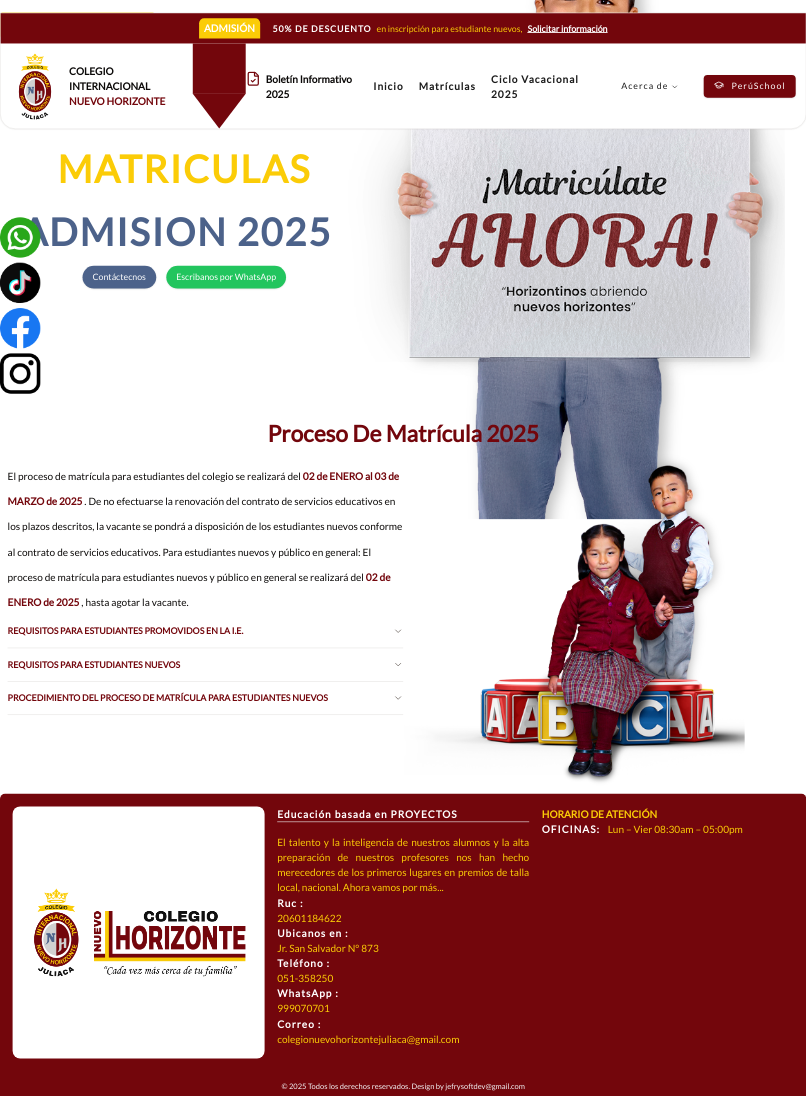
Repository: jefrydep/new_horizont_school
Page: /newstudent
These files come from the project's save history. The page is drawn as it stood at one moment and after the next save; the edit follows.
The browser window is 1280 px wide. The pictures show the whole page, at 63% of full size.
The project was rebuilt for these pictures with package versions that can differ from the ones it lists, and the page was loaded fresh each time. The framework's server and built-in components were replaced by stand-ins that run in the browser. Also part of the build but not shown: next.config.ts.

Above is the page before, as saved 2024-11-28 11:26:52.

### src/app/layout.tsx
import type { Metadata } from "next";
import "./globals.css";
import Navbar from "@/components/Navbar";
import Footer from "@/components/Footer";


import { Lato } from 'next/font/google'

const lato = Lato({
  weight: '400',
  subsets: ['latin'],
  display: 'swap',
})

export const metadata: Metadata = {
  title: "COLEGIO INTERNACIONAL NUEVO HORIZONTE - JULIACA",
  description: "el mejor colegio de JULIACA,Colegio internacional nuevo horizonte",
};

export default function RootLayout({
  children,
}: Readonly<{
  children: React.ReactNode;
}>) {
  return (
    <html lang="es">

      <body
        className={` ${lato.className} antialiased `}
      >

        <div className="">
          <Navbar />
        </div>
        <main className="   ">

          {children}
          <div className="flex flex-col fixed  bottom-2     z-50   sm:top-1/2  gap-2">
            <a href="https://wa.me/+51999070701?text=Me%20gustar%C3%ADa%20recibir%20m%C3%A1s%20informaci%C3%B3n%20sobre%20el%20proceso%20de%20matr%C3%ADcula,%20requisitos%20y%20fechas%20importantes.%20Agradecer%C3%ADa%20su%20orientaci%C3%B3n%20para%20poder%20completar%20mi%20inscripci%C3%B3n%20de%20manera%20adecuada.%0A%0AQuedo%20atento%20a%20su%20respuesta.%0A%0ASaludos%20cordiales,%0A" target="_blank">
              {/* Solicitar información */}
              <img src="/whatsapp.png" alt="" className=" animate-bounce h-11  sm:h-16" />
            </a>

            <a href="https://www.tiktok.com/@colegionuevohorizonte" target="_blank">
              {/* Solicitar información */}
              <img src="/tik-tok.png" alt="" className=" animate-bounce h-11  sm:h-16 " />
            </a>
            <a href="https://www.facebook.com/internuevohorizonte  " target="_blank">
              {/* Solicitar información */}
              <img src="/facebook.png" alt="" className=" animate-bounce h-11  sm:h-16 " />
            </a>
            <a href="https://www.instagram.com/colegionuevohorizonte" target="_blank">
              {/* Solicitar información */}
              <img src="/instagram.png" alt="" className=" animate-bounce h-11  sm:h-16" />
            </a>
          </div>
        </main>
        <Footer />
      </body>
    </html>
  );
}

### src/app/newstudent/page.tsx
import Hero from "@/components/Hero";
import RegisterCard from "@/components/RegisterCard";



export default function NewStudentPage() {
  return (
    <div>
        <Hero colorWave="#fff" title="MATRICULAS" subtitle="ADMISION 2025" img="/matricula.png"/>
        <RegisterCard title="Proceso De Matrícula 2025"/>
    </div>
  )
}

### src/app/globals.css
@tailwind base;
@tailwind components;
@tailwind utilities;

body {
  font-family: Arial, Helvetica, sans-serif;
}

@layer base {
  :root {
    --background: 0 0% 100%;
    --foreground: 20 14.3% 4.1%;
    --card: 0 0% 100%;
    --card-foreground: 20 14.3% 4.1%;
    --popover: 0 0% 100%;
    --popover-foreground: 20 14.3% 4.1%;
    --primary: 24 9.8% 10%;
    --primary-foreground: 60 9.1% 97.8%;
    --secondary: 60 4.8% 95.9%;
    --secondary-foreground: 24 9.8% 10%;
    --muted: 60 4.8% 95.9%;
    --muted-foreground: 25 5.3% 44.7%;
    --accent: 60 4.8% 95.9%;
    --accent-foreground: 24 9.8% 10%;
    --destructive: 0 84.2% 60.2%;
    --destructive-foreground: 60 9.1% 97.8%;
    --border: 20 5.9% 90%;
    --input: 20 5.9% 90%;
    --ring: 20 14.3% 4.1%;
    --chart-1: 12 76% 61%;
    --chart-2: 173 58% 39%;
    --chart-3: 197 37% 24%;
    --chart-4: 43 74% 66%;
    --chart-5: 27 87% 67%;
    --radius: 0.5rem;
  }
  .dark {
    --background: 20 14.3% 4.1%;
    --foreground: 60 9.1% 97.8%;
    --card: 20 14.3% 4.1%;
    --card-foreground: 60 9.1% 97.8%;
    --popover: 20 14.3% 4.1%;
    --popover-foreground: 60 9.1% 97.8%;
    --primary: 60 9.1% 97.8%;
    --primary-foreground: 24 9.8% 10%;
    --secondary: 12 6.5% 15.1%;
    --secondary-foreground: 60 9.1% 97.8%;
    --muted: 12 6.5% 15.1%;
    --muted-foreground: 24 5.4% 63.9%;
    --accent: 12 6.5% 15.1%;
    --accent-foreground: 60 9.1% 97.8%;
    --destructive: 0 62.8% 30.6%;
    --destructive-foreground: 60 9.1% 97.8%;
    --border: 12 6.5% 15.1%;
    --input: 12 6.5% 15.1%;
    --ring: 24 5.7% 82.9%;
    --chart-1: 220 70% 50%;
    --chart-2: 160 60% 45%;
    --chart-3: 30 80% 55%;
    --chart-4: 280 65% 60%;
    --chart-5: 340 75% 55%;
  }
}

@layer base {
  * {
    @apply border-border;
  }
  body {
    @apply bg-background text-foreground;
  }
}
@keyframes slideDown {
  0% {
    transform: translateY(-20px);
    opacity: 0;
  }
  100% {
    transform: translateY(0);
    opacity: 1;
  }
}

.animate-slide-down {
  animation: slideDown 1s ease-out forwards;
}

/* Animación con retraso para un efecto de secuencia */
.animate-slide-down-delay-1 {
  animation: slideDown 1s ease-out forwards;
  animation-delay: 0.3s; /* Retraso para el primer texto */
}

.animate-slide-down-delay-2 {
  animation: slideDown 1s ease-out forwards;
  animation-delay: 0.6s; /* Retraso para el segundo texto */
}

### src/components/Hero.tsx
import { Button } from "./ui/button";

interface Props {
    title: string,
    subtitle: string;
    year?: string;
    img?: string
}

export default function Hero({ title, subtitle, year, img }: Props) {
    return (
        <div>

            <section className="container m-auto" >
                <div className=" hidden sm:flex justify-center  w-full font-bold sm:w-min px-2 py-2 tracking-wider rounded gap-4 mt-5 bg-subtitle">
                    <span>Inicial</span>
                    <span>Primaria</span>
                    <span>secundaria</span>
                </div>
                <div className="h-[80vh]   flex flex-col sm:flex-row justify-center items-center">

                    <div className="   ">
                        <h1 className="text-4xl sm:text-6xl text-center flex font-bold flex-col tracking-wider gap-10 text-[#fbcc07]  " >

                            {
                                title
                            }
                            <br />
                            <div>

                                <span className="text-primary">

                                    {subtitle}
                                </span>
                                <span className="text-[#73060c] ml-6">
                                    {year}
                                </span>
                            </div>
                        </h1>

                        <div className="flex justify-center text-white font-bold gap-4 mt-6">
                            <Button className="rounded-3xl">
                                <a href="https://wa.me/+51958205138?text=Me%20gustar%C3%ADa%20recibir%20m%C3%A1s%20informaci%C3%B3n%20sobre%20el%20proceso%20de%20matr%C3%ADcula,%20requisitos%20y%20fechas%20importantes.%20Agradecer%C3%ADa%20su%20orientaci%C3%B3n%20para%20poder%20completar%20mi%20inscripci%C3%B3n%20de%20manera%20adecuada.%0A%0AQuedo%20atento%20a%20su%20respuesta.%0A%0ASaludos%20cordiales,%0A" target="_blank">

                                    Contáctecnos
                                </a>
                            </Button>
                            <Button className="bg-green-500 rounded-3xl">
                                <a href="https://wa.me/+51958205138?text=Me%20gustar%C3%ADa%20recibir%20m%C3%A1s%20informaci%C3%B3n%20sobre%20el%20proceso%20de%20matr%C3%ADcula,%20requisitos%20y%20fechas%20importantes.%20Agradecer%C3%ADa%20su%20orientaci%C3%B3n%20para%20poder%20completar%20mi%20inscripci%C3%B3n%20de%20manera%20adecuada.%0A%0AQuedo%20atento%20a%20su%20respuesta.%0A%0ASaludos%20cordiales,%0A" target="_blank">

                                    Escribanos por WhatsApp
                                </a>
                            </Button>
                        </div>

                    </div>
                    <div>
                        <img
                            src={img ? img : '/banner-principal.png'}
                            alt="Imagen principal"
                        />
                    </div>
                </div>
            </section>
        </div>
    )
}

### src/components/ui/button.tsx
import * as React from "react"
import { Slot } from "@radix-ui/react-slot"
import { cva, type VariantProps } from "class-variance-authority"

import { cn } from "@/lib/utils"

const buttonVariants = cva(
  "inline-flex items-center justify-center gap-2 whitespace-nowrap rounded-md text-sm font-medium transition-colors focus-visible:outline-none focus-visible:ring-1 focus-visible:ring-ring disabled:pointer-events-none disabled:opacity-50 [&_svg]:pointer-events-none [&_svg]:size-4 [&_svg]:shrink-0",
  {
    variants: {
      variant: {
        default:
          "bg-primary text-primary-foreground shadow hover:bg-primary/90",
        destructive:
          "bg-destructive text-destructive-foreground shadow-sm hover:bg-destructive/90",
        outline:
          "border border-input bg-background shadow-sm hover:bg-accent hover:text-accent-foreground",
        secondary:
          "bg-secondary text-secondary-foreground shadow-sm hover:bg-secondary/80",
        ghost: "hover:bg-accent hover:text-accent-foreground",
        link: "text-primary underline-offset-4 hover:underline",
      },
      size: {
        default: "h-9 px-4 py-2",
        sm: "h-8 rounded-md px-3 text-xs",
        lg: "h-10 rounded-md px-8",
        icon: "h-9 w-9",
      },
    },
    defaultVariants: {
      variant: "default",
      size: "default",
    },
  }
)

export interface ButtonProps
  extends React.ButtonHTMLAttributes<HTMLButtonElement>,
    VariantProps<typeof buttonVariants> {
  asChild?: boolean
}

const Button = React.forwardRef<HTMLButtonElement, ButtonProps>(
  ({ className, variant, size, asChild = false, ...props }, ref) => {
    const Comp = asChild ? Slot : "button"
    return (
      <Comp
        className={cn(buttonVariants({ variant, size, className }))}
        ref={ref}
        {...props}
      />
    )
  }
)
Button.displayName = "Button"

export { Button, buttonVariants }

### src/components/ui/accordion.tsx
"use client"

import * as React from "react"
import * as AccordionPrimitive from "@radix-ui/react-accordion"
import { ChevronDown } from "lucide-react"

import { cn } from "@/lib/utils"

const Accordion = AccordionPrimitive.Root

const AccordionItem = React.forwardRef<
  React.ElementRef<typeof AccordionPrimitive.Item>,
  React.ComponentPropsWithoutRef<typeof AccordionPrimitive.Item>
>(({ className, ...props }, ref) => (
  <AccordionPrimitive.Item
    ref={ref}
    className={cn("border-b", className)}
    {...props}
  />
))
AccordionItem.displayName = "AccordionItem"

const AccordionTrigger = React.forwardRef<
  React.ElementRef<typeof AccordionPrimitive.Trigger>,
  React.ComponentPropsWithoutRef<typeof AccordionPrimitive.Trigger>
>(({ className, children, ...props }, ref) => (
  <AccordionPrimitive.Header className="flex">
    <AccordionPrimitive.Trigger
      ref={ref}
      className={cn(
        "flex flex-1 items-center justify-between py-4 text-sm font-medium transition-all hover:underline text-left [&[data-state=open]>svg]:rotate-180",
        className
      )}
      {...props}
    >
      {children}
      <ChevronDown className="h-4 w-4 shrink-0 text-muted-foreground transition-transform duration-200" />
    </AccordionPrimitive.Trigger>
  </AccordionPrimitive.Header>
))
AccordionTrigger.displayName = AccordionPrimitive.Trigger.displayName

const AccordionContent = React.forwardRef<
  React.ElementRef<typeof AccordionPrimitive.Content>,
  React.ComponentPropsWithoutRef<typeof AccordionPrimitive.Content>
>(({ className, children, ...props }, ref) => (
  <AccordionPrimitive.Content
    ref={ref}
    className="overflow-hidden text-sm data-[state=closed]:animate-accordion-up data-[state=open]:animate-accordion-down"
    {...props}
  >
    <div className={cn("pb-4 pt-0", className)}>{children}</div>
  </AccordionPrimitive.Content>
))
AccordionContent.displayName = AccordionPrimitive.Content.displayName

export { Accordion, AccordionItem, AccordionTrigger, AccordionContent }

### tailwind.config.ts
import type { Config } from "tailwindcss";

export default {
	darkMode: ["class"],
	content: [
		"./src/pages/**/*.{js,ts,jsx,tsx,mdx}",
		"./src/components/**/*.{js,ts,jsx,tsx,mdx}",
		"./src/app/**/*.{js,ts,jsx,tsx,mdx}",
	],
	theme: {
    	extend: {
    		colors: {
    			background: 'hsl(var(--background))',
    			foreground: 'hsl(var(--foreground))',
    			card: {
    				DEFAULT: 'hsl(var(--card))',
    				foreground: 'hsl(var(--card-foreground))'
    			},
    			popover: {
    				DEFAULT: 'hsl(var(--popover))',
    				foreground: 'hsl(var(--popover-foreground))'
    			},
    			primary: {
    				DEFAULT: '#4c628a'
    			},
    			secondary: {
    				DEFAULT: '#1c1c1c'
    			},
    			backgroundGray: {
    				DEFAULT: '#d1d1d1'
    			},
				title:{
					DEFAULT:"#73060C"
				},
				subtitle:{
					DEFAULT:"#fbcc07"
				},
    			muted: {
    				DEFAULT: 'hsl(var(--muted))',
    				foreground: 'hsl(var(--muted-foreground))'
    			},
    			accent: {
    				DEFAULT: 'hsl(var(--accent))',
    				foreground: 'hsl(var(--accent-foreground))'
    			},
    			destructive: {
    				DEFAULT: 'hsl(var(--destructive))',
    				foreground: 'hsl(var(--destructive-foreground))'
    			},
    			border: 'hsl(var(--border))',
    			input: 'hsl(var(--input))',
    			ring: 'hsl(var(--ring))',
    			chart: {
    				'1': 'hsl(var(--chart-1))',
    				'2': 'hsl(var(--chart-2))',
    				'3': 'hsl(var(--chart-3))',
    				'4': 'hsl(var(--chart-4))',
    				'5': 'hsl(var(--chart-5))'
    			}
    		},
    		borderRadius: {
    			lg: 'var(--radius)',
    			md: 'calc(var(--radius) - 2px)',
    			sm: 'calc(var(--radius) - 4px)'
    		},
    		keyframes: {
    			'accordion-down': {
    				from: {
    					height: '0'
    				},
    				to: {
    					height: 'var(--radix-accordion-content-height)'
    				}
    			},
    			'accordion-up': {
    				from: {
    					height: 'var(--radix-accordion-content-height)'
    				},
    				to: {
    					height: '0'
    				}
    			}
    		},
    		animation: {
    			'accordion-down': 'accordion-down 0.2s ease-out',
    			'accordion-up': 'accordion-up 0.2s ease-out'
    		}
    	}
    },
	plugins: [require("tailwindcss-animate")],
} satisfies Config;

Loaded but not shown: src/lib/utils.ts (common file); src/app/data/data.ts (459 lines, source omitted); src/components/Navbar.tsx (260 lines, source omitted); src/components/RegisterCard.tsx (178 lines, source omitted); src/components/ui/navigation-menu.tsx (128 lines, source omitted); src/components/ui/sheet.tsx (140 lines, source omitted); src/components/Footer.tsx (97 lines, source omitted)

After the next save:
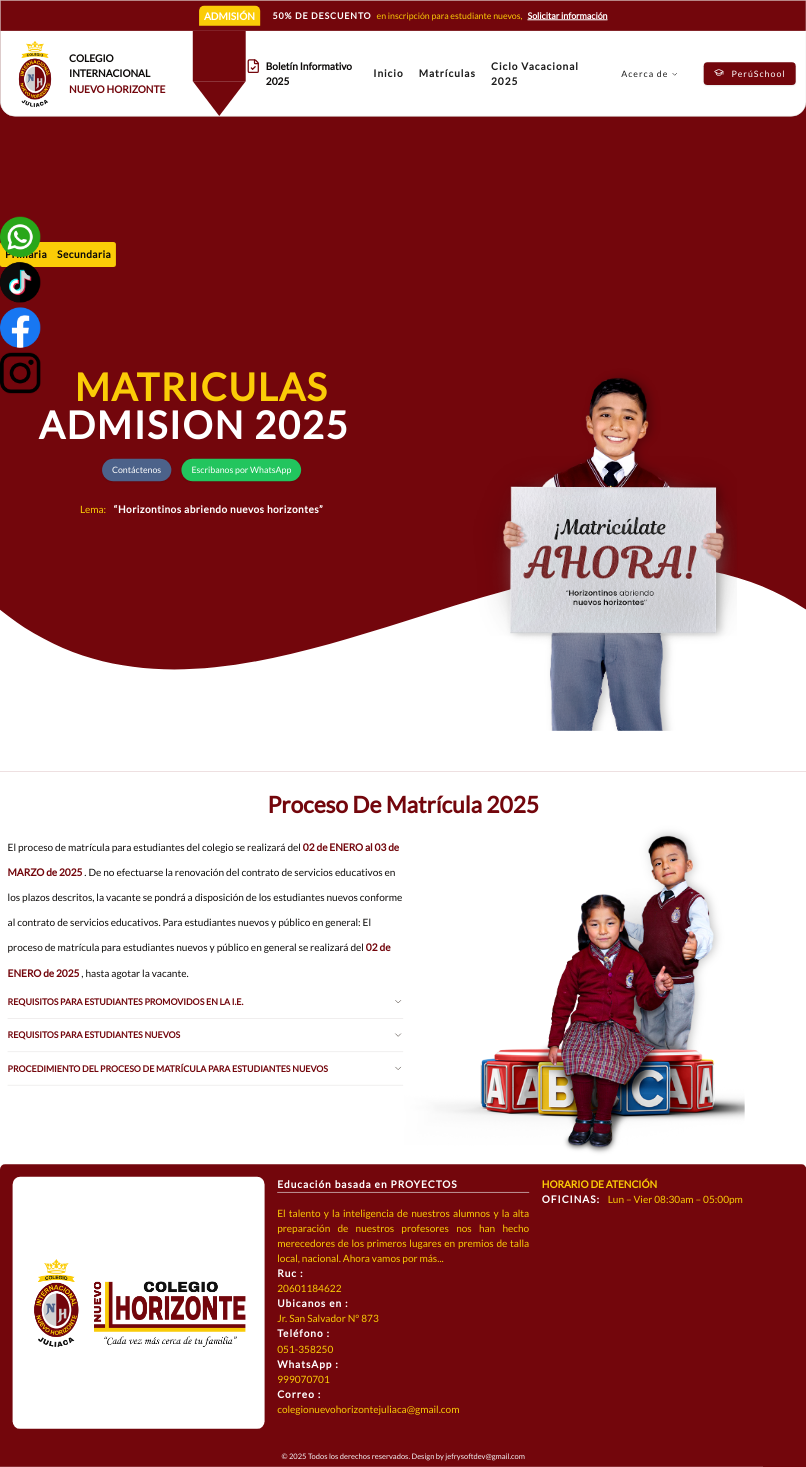
Saved 78 s later.
--- a/src/components/Hero.tsx
+++ b/src/components/Hero.tsx
@@ -4,64 +4,97 @@ interface Props {
     title: string,
     subtitle: string;
     year?: string;
-    img?: string
+    img?: string;
+    colorWave?: string;
 }
 
-export default function Hero({ title, subtitle, year, img }: Props) {
+export default function Hero({ title, subtitle, year, img, colorWave }: Props) {
     return (
-        <div>
+        <div className=" bg-title  ">
 
-            <section className="container m-auto" >
-                <div className=" hidden sm:flex justify-center  w-full font-bold sm:w-min px-2 py-2 tracking-wider rounded gap-4 mt-5 bg-subtitle">
-                    <span>Inicial</span>
+            <section className="container m-auto pt-96">
+
+                <div className="   flex justify-center w-full sm:w-min font-bold      px-2 py-2 tracking-wider rounded gap-4   bg-subtitle">
+                    {/* <span>Inicial</span> */}
                     <span>Primaria</span>
-                    <span>secundaria</span>
+                    <span>Secundaria</span>
                 </div>
-                <div className="h-[80vh]   flex flex-col sm:flex-row justify-center items-center">
 
-                    <div className="   ">
-                        <h1 className="text-4xl sm:text-6xl text-center flex font-bold flex-col tracking-wider gap-10 text-[#fbcc07]  " >
 
-                            {
-                                title
-                            }
+                {/* Contenedor con la imagen, texto y botones */}
+                <div className="    flex flex-col sm:flex-row pt-24   sm:pt-40 relative">
+
+
+                    <div className="   flex flex-col items-center sm:w-[50%] text-center px-4">
+
+                        <h1 className=" animate-slide-down-delay-2   text-4xl sm:text-6xl font-bold text-[#fbcc07] tracking-wider">
+                            {title}
                             <br />
                             <div>
-
-                                <span className="text-primary">
-
-                                    {subtitle}
-                                </span>
-                                <span className="text-[#73060c] ml-6">
-                                    {year}
-                                </span>
+                                <span className="text-white">{subtitle}</span>
+                                <span className="text-white ml-6">{year}</span>
                             </div>
                         </h1>
 
-                        <div className="flex justify-center text-white font-bold gap-4 mt-6">
+                        <div className="flex justify-center z-40  duration-75 text-white font-bold gap-4 mt-6">
                             <Button className="rounded-3xl">
-                                <a href="https://wa.me/+51958205138?text=Me%20gustar%C3%ADa%20recibir%20m%C3%A1s%20informaci%C3%B3n%20sobre%20el%20proceso%20de%20matr%C3%ADcula,%20requisitos%20y%20fechas%20importantes.%20Agradecer%C3%ADa%20su%20orientaci%C3%B3n%20para%20poder%20completar%20mi%20inscripci%C3%B3n%20de%20manera%20adecuada.%0A%0AQuedo%20atento%20a%20su%20respuesta.%0A%0ASaludos%20cordiales,%0A" target="_blank">
-
-                                    Contáctecnos
+                                <a href="https://wa.me/+51999070701?text=Me%20gustar%C3%ADa%20recibir%20m%C3%A1s%20informaci%C3%B3n%20sobre%20el%20proceso%20de%20matr%C3%ADcula,%20requisitos%20y%20fechas%20importantes.%20Agradecer%C3%ADa%20su%20orientaci%C3%B3n%20para%20poder%20completar%20mi%20inscripci%C3%B3n%20de%20manera%20adecuada.%0A%0AQuedo%20atento%20a%20su%20respuesta.%0A%0ASaludos%20cordiales,%0A" target="_blank">
+                                    Contáctenos
                                 </a>
                             </Button>
-                            <Button className="bg-green-500 rounded-3xl">
-                                <a href="https://wa.me/+51958205138?text=Me%20gustar%C3%ADa%20recibir%20m%C3%A1s%20informaci%C3%B3n%20sobre%20el%20proceso%20de%20matr%C3%ADcula,%20requisitos%20y%20fechas%20importantes.%20Agradecer%C3%ADa%20su%20orientaci%C3%B3n%20para%20poder%20completar%20mi%20inscripci%C3%B3n%20de%20manera%20adecuada.%0A%0AQuedo%20atento%20a%20su%20respuesta.%0A%0ASaludos%20cordiales,%0A" target="_blank">
-
+                            <Button className="bg-green-500  hover:bg-green-600 rounded-3xl">
+                                <a href="https://wa.me/+51999070701?text=Me%20gustar%C3%ADa%20recibir%20m%C3%A1s%20informaci%C3%B3n%20sobre%20el%20proceso%20de%20matr%C3%ADcula,%20requisitos%20y%20fechas%20importantes.%20Agradecer%C3%ADa%20su%20orientaci%C3%B3n%20para%20poder%20completar%20mi%20inscripci%C3%B3n%20de%20manera%20adecuada.%0A%0AQuedo%20atento%20a%20su%20respuesta.%0A%0ASaludos%20cordiales,%0A" target="_blank">
                                     Escribanos por WhatsApp
                                 </a>
                             </Button>
                         </div>
+                        <div className="flex gap-3 mt-8">
+                            <h5 className="text-subtitle ">
+                                Lema:
+                            </h5>
+                            <b className="tracking-wider text-white">“Horizontinos abriendo nuevos horizontes”</b>
+                        </div>
+                    </div>
 
-                    </div>
-                    <div>
+                    {/* Imagen */}
+                    <div className=" w-full  flex justify-center sm:w-[50%] z-10">
                         <img
-                            src={img ? img : '/banner-principal.png'}
+                            src={img ? img : '/SECUNDARIA.png'}
                             alt="Imagen principal"
+                            className=" h-[25rem] sm:h-[36rem]       "
+
                         />
                     </div>
+                    <div className="absolute bottom-0 sm:hidden w-full h-16">
+                        <svg
+                            className="absolute bottom-0 left-0 w-full"
+                            viewBox="0 0 500 150"
+                            preserveAspectRatio="none"
+                        >
+                            <path
+                                d="M0.00,49.98 C149.54,170.23 349.20,-49.98 500.00,49.98 L500.00,150.00 L0.00,150.00 Z"
+                                fill={colorWave ? colorWave : "#1c1c1c"} // Color de la ola (puedes usar cualquier color)
+                            ></path>
+                        </svg>
+                    </div>
                 </div>
+
+                {/* La ola (wave) en la parte inferior */}
             </section>
+            <div className="relative hidden sm:block  w-full h-16">
+                <svg
+                    className="absolute bottom-0 left-0 w-full"
+                    viewBox="0 0 500 150"
+                    preserveAspectRatio="none"
+                >
+                    <path
+                        d="M0.00,49.98 C149.54,170.23 349.20,-49.98 500.00,49.98 L500.00,150.00 L0.00,150.00 Z"
+                        // fill="#73060C" // Color de la ola (puedes usar cualquier color)
+                        fill={colorWave ? colorWave : "#1c1c1c"} // Color de la ola (puedes usar cualquier color)
+                    ></path>
+                </svg>
+            </div>
+
         </div>
-    )
+    );
 }
